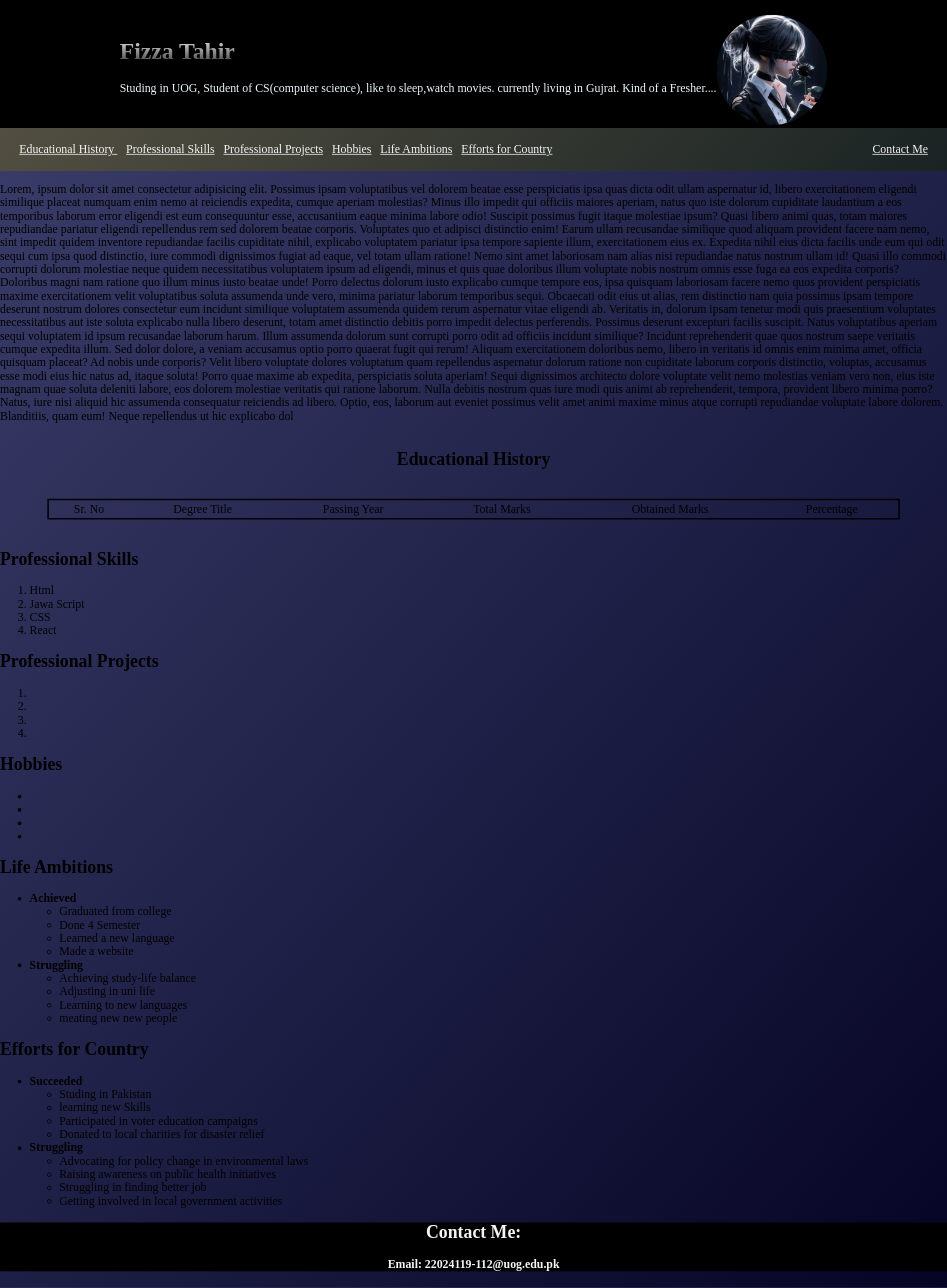
Repository: Fizza-112/project
Page: /
The author's editor kept a copy of each file at every save. The page is drawn from the files as they stood at one save, then again after the next save.
The browser window is 1280 px wide. The pictures show the whole page, at 74% of full size.
The project was rebuilt for these pictures with package versions that can differ from the ones it lists, and the page was loaded fresh each time. Also part of the build but not shown: vite.config.ts.

Above is the page before, as saved 2024-09-16 09:40:12.

### src/App.tsx

import React from 'react'
import "./App.css"
import profileimg from "./assets/WhatsApp Image 2024-09-06 at 9.05.18 AM.jpeg"

const App = () => {
  return (
    <>
    <header>
    <div> <h1 id='name'>Fizza Tahir</h1>
    <p id="intro">Studing in UOG, Student of CS(computer science), like to sleep,watch movies. currently living in Gujrat. Kind of a Fresher....</p>
    </div>
    <div>
      <img  src={profileimg} alt='image' id="image"/>
    </div>
    </header>
    <nav id="nav">
      <div id="">

  <a href='#EducationalHistory'>Educational History </a>

  <a href='#ProfessionalSkills'>Professional Skills</a>
  <a href="#ProfessionalProjects">Professional Projects</a>
  <a href="#Hobbies">Hobbies</a>
  <a href="#life-ambitions">Life Ambitions</a>
  <a href="#efforts-for-country">Efforts for Country</a>
  </div>
  <div>
  <a href="#Contact-Me">Contact Me</a>
  </div>
</nav>
<p>Lorem, ipsum dolor sit amet consectetur adipisicing elit. Possimus ipsam voluptatibus vel dolorem beatae esse perspiciatis ipsa quas dicta odit ullam aspernatur id, libero exercitationem eligendi similique placeat numquam enim nemo at reiciendis expedita, cumque aperiam molestias? Minus illo impedit qui officiis maiores aperiam, natus quo iste dolorum cupiditate laudantium a eos temporibus laborum error eligendi est eum consequuntur esse, accusantium eaque minima labore odio! Suscipit possimus fugit itaque molestiae ipsum? Quasi libero animi quas, totam maiores repudiandae pariatur eligendi repellendus rem sed dolorem beatae corporis. Voluptates quo et adipisci distinctio enim! Earum ullam recusandae similique quod aliquam provident facere nam nemo, sint impedit quidem inventore repudiandae facilis cupiditate nihil, explicabo voluptatem pariatur ipsa tempore sapiente illum, exercitationem eius ex. Expedita nihil eius dicta facilis unde eum qui odit sequi cum ipsa quod distinctio, iure commodi dignissimos fugiat ad eaque, vel totam ullam ratione! Nemo sint amet laboriosam nam alias nisi repudiandae natus nostrum ullam id! Quasi illo commodi corrupti dolorum molestiae neque quidem necessitatibus voluptatem ipsum ad eligendi, minus et quis quae doloribus illum voluptate nobis nostrum omnis esse fuga ea eos expedita corporis? Doloribus magni nam ratione quo illum minus iusto beatae unde! Porro delectus dolorum iusto explicabo cumque tempore eos, ipsa quisquam laboriosam facere nemo quos provident perspiciatis maxime exercitationem velit voluptatibus soluta assumenda unde vero, minima pariatur laborum temporibus sequi. Obcaecati odit eius ut alias, rem distinctio nam quia possimus ipsam tempore deserunt nostrum dolores consectetur eum incidunt similique voluptatem assumenda quidem rerum aspernatur vitae eligendi ab. Veritatis in, dolorum ipsam tenetur modi quis praesentium voluptates necessitatibus aut iste soluta explicabo nulla libero deserunt, totam amet distinctio debitis porro impedit delectus perferendis. Possimus deserunt excepturi facilis suscipit. Natus voluptatibus aperiam sequi voluptatem id ipsum recusandae laborum harum. Illum assumenda dolorum sunt corrupti porro odit ad officiis incidunt similique? Incidunt reprehenderit quae quos nostrum saepe veritatis cumque expedita illum. Sed dolor dolore, a veniam accusamus optio porro quaerat fugit qui rerum! Aliquam exercitationem doloribus nemo, libero in veritatis id omnis enim minima amet, officia quisquam placeat? Ad nobis unde corporis? Velit libero voluptate dolores voluptatum quam repellendus aspernatur dolorum ratione non cupiditate laborum corporis distinctio, voluptas, accusamus esse modi eius hic natus ad, itaque soluta! Porro quae maxime ab expedita, perspiciatis soluta aperiam! Sequi dignissimos architecto dolore voluptate velit nemo molestias veniam vero non, eius iste magnam quae soluta deleniti labore, eos dolorem molestiae veritatis qui ratione laborum. Nulla debitis nostrum quas iure modi quis animi ab reprehenderit, tempora, provident libero minima porro? Natus, iure nisi aliquid hic assumenda consequatur reiciendis ad libero. Optio, eos, laborum aut eveniet possimus velit amet animi maxime minus atque corrupti repudiandae voluptate labore dolorem. Blanditiis, quam eum! Neque repellendus ut hic explicabo dol</p>
  <div id="EducationalHistory">

    <h2 id="edh">Educational History </h2>
    <table>
  <tr>
    <td>Sr. No</td>
   <td>Degree Title</td>
    <td>Passing Year</td>
    <td>Total Marks</td>
    <td>Obtained Marks</td>
       <td>Percentage</td>
  </tr>
  </table>
  </div>

  <div id="ProfessionalSkills">
<h2>Professional Skills</h2>
<ol>
<li>Html</li>
<li>Jawa Script</li>
<li>CSS</li>
<li>React</li>
</ol>
   </div>

  <div id="ProfessionalProjects">
<h2>Professional Projects</h2>
<ol>
<li></li>
<li></li>
<li></li>
<li></li>
</ol>
   </div>

  <div id="Hobbies">
<h2>Hobbies</h2>
<ul>
<li></li>
<li></li>
<li></li>
<li></li>
</ul>
   </div>

   <div id="life-ambitions">
    <h2>Life Ambitions</h2>
    <ul>
      <li><b>Achieved</b></li>
      <ul>
        <li>Graduated from college</li>
        <li>Done 4 Semester </li>
        <li>Learned a new language</li>
        <li>Made a website </li>
      </ul>
      <li><b>Struggling</b></li>
      <ul>
        <li>Achieving study-life balance</li>
        <li>Adjusting in uni life</li>
        <li>Learning to new languages</li>
        <li>meating new new people</li>
      </ul>
    </ul>
    </div>

    <div id="efforts-for-country">
    <h2>Efforts for Country</h2>
    <ul>
      <li><b>Succeeded</b></li>
      <ul>
        <li>Studing in Pakistan</li>
        <li>learning new Skills</li>
        <li>Participated in voter education campaigns</li>
        <li>Donated to local charities for disaster relief</li>
      </ul>
      <li><b>Struggling</b></li>
      <ul>
        <li>Advocating for policy change in environmental laws</li>
        <li>Raising awareness on public health initiatives</li>
        <li>Struggling in finding better job</li>
        <li>Getting involved in local government activities</li>
      </ul>
    </ul>
  </div>
<div id="Contact-Me">
  <footer id='footer'>
<h2>Contact Me: </h2>
<h4> Email: 22024119-112@uog.edu.pk</h4>
  </footer>
  </div>
    </>
  )
}

export default App

### src/App.css
body{
  margin: 0px;
  padding: 0px;
  background-color: #3d406d;
background-image: linear-gradient(132deg, #3d406d 0%, #050425 100%);

}
header{
  display: flex;
  align-items: center;
  justify-content: center;
  width: 100%;
  color:aliceblue;
  background-color:black
}
#name{
  background: linear-gradient(#eee, #333);  /* The gradient color */
  -webkit-background-clip: text;       /* Clip the background to the text */
  background-clip: text;              /* For non-WebKit browsers */
  color: transparent;



}
#image{
  width: 150px;
  margin-left: auto !important; /* This pushes the image to the right */
  border-radius: 50%;
  margin-top: 20px;

}
#nav{
  display: flex;
  align-items:center;
  justify-content: space-between;
  padding: 20px;background-color: #524f41;
  background-image: linear-gradient(132deg, #524f41 0%, #1a2323 100%);




}
a{
  color:whitesmoke;
  margin: 6px;

}
table{
  border: 2px solid black;
  justify-content:center;
  align-items:center;
  text-align: center;
 width: 90%;
  margin: 20px;


}
#EducationalHistory{
  width:100%;
  display:flex;
  flex-direction: column;
  justify-content: center;
  align-items:center;
}
#footer{
  text-align: center;
  background-color: black;
  color:whitesmoke;
  margin: 20px, 0px 0px, 0px;
  padding:
}

Loaded but not shown: index.html (common file); src/main.tsx (common file); src/index.css (no stored copy; drawn as an empty file)

After the next save:
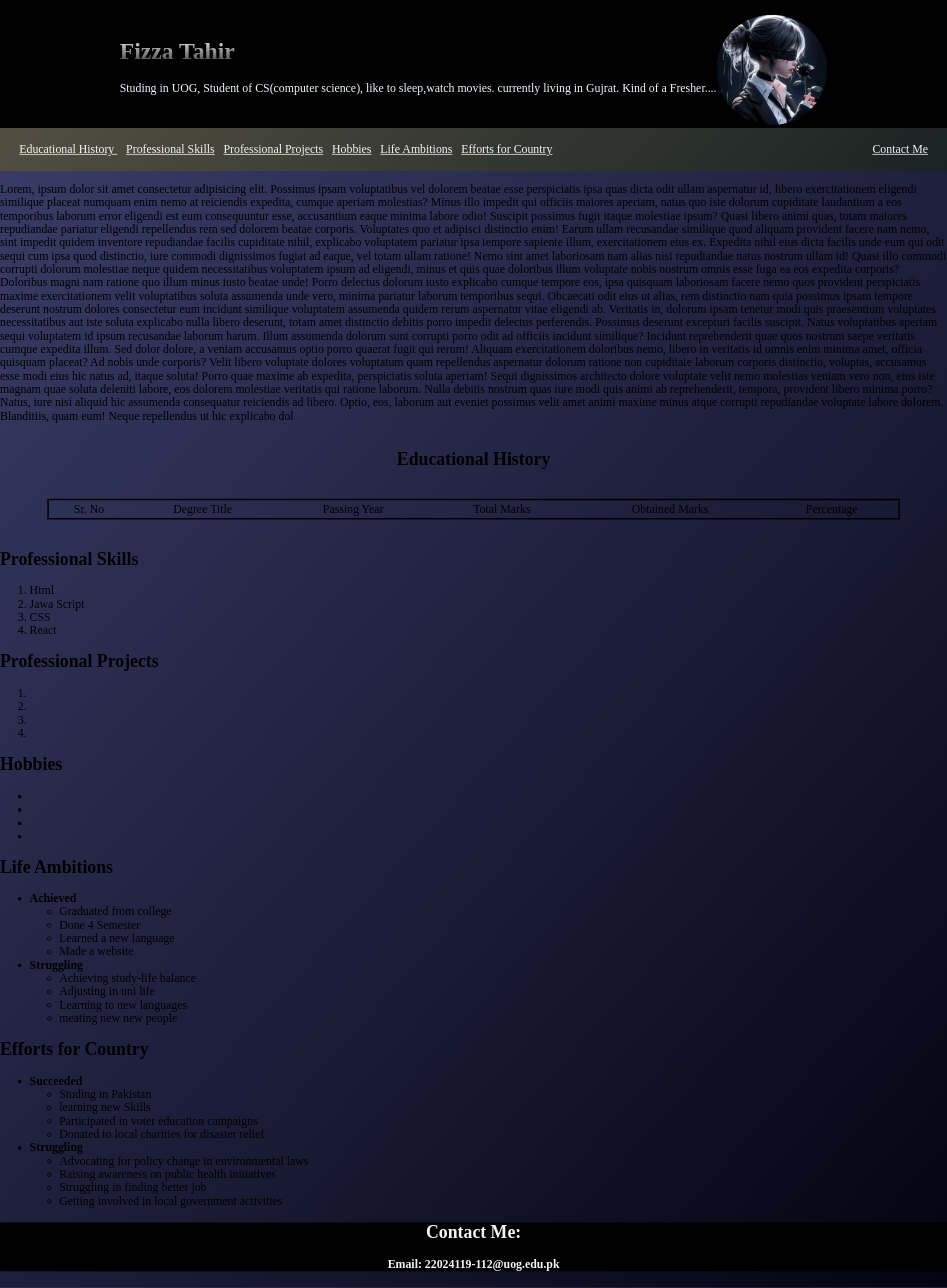
Saved 26 s later.
--- a/src/App.css
+++ b/src/App.css
@@ -2,7 +2,7 @@ body{
   margin: 0px;
   padding: 0px;
   background-color: #3d406d;
-background-image: linear-gradient(132deg, #3d406d 0%, #050425 100%);
+background-image: linear-gradient(132deg, #3d406d 0%, #030311 100%);
 
 }
 header{
